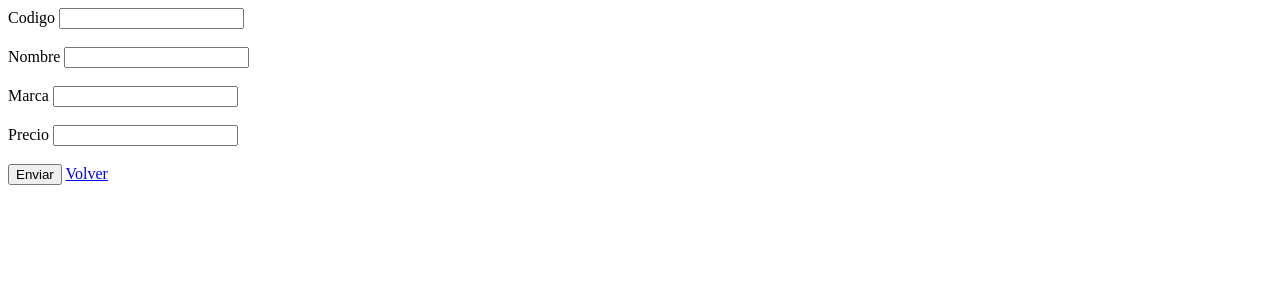
Repository: Alemartinez97/New-Repository
Page: programacion-3/tp3/formProducto.html
The author's editor kept a copy of each file at every save. The page is drawn from the files as they stood at one save, then again after the next save.
The browser window is 1280 px wide. The pictures show the whole page.

Above is the page before, as saved 2020-06-04 19:19:53.
Not found: programacion-3/tp3/main.js

### programacion-3/tp3/formProducto.html

<!DOCTYPE html>
<html>

<head>
    <meta charset="utf-8" />
    <meta http-equiv="X-UA-Compatible" content="IE=edge">
    <title>Page Title</title>
    <meta name="viewport" content="width=device-width, initial-scale=1">
    <link rel="stylesheet" type="text/css" media="screen" href="../tp3/css/tp3.css" />
    <script src="main.js"></script>
</head>

<body>
    <form >
		<label for="">Codigo</label>
        <input type="text" id="codigo"><br>
    </br>
        <label for="">Nombre</label>
        <input type="text" id="nombre"><br>
    </br>
		<label for="">Marca</label>
        <input type="text" id="marca"><br>
    </br>
		<label for="">Precio</label>
        <input type="text" id="precio"><br>
</br>
        </button>
	</form>

    <button onclick="enviarDatos()">Enviar</button>
    <a href="producto.html">Volver</a>

    <h3 id="resultado"></h3>

    <script src="./js/tp3.js"></script>
</body>

</html>

### programacion-3/tp3/css/tp3.css
#button li a {
    font-family: Arial;
    font-size: 11px;
    text-decoration: none;
    float: left;
    padding: 10px;
    background-color: #2175bc;
    color: #ffffff;
    }
    table {
        width: 100%;
      }

      th {
        height: 50px;
      }
      form {
        width: 100%;
      }

      th {
        height: 50px;
      }

### programacion-3/tp3/js/tp3.js
function enviarDatos() {


    let codigo = document.getElementById("codigo").value;
    let nombre = document.getElementById("nombre").value;
    let marca = document.getElementById("marca").value;
    let precio= document.getElementById("precio").value;

    let request = { codigo: codigo, nombre: nombre, marca: marca,precio: precio };

        document.getElementById("resultado").innerHTML = JSON.stringify(request);
        console.log("Detalle Producto: ",request)

        setTimeout(function() {
            document.getElementById("resultado").innerHTML = JSON.stringify(request) + "... Enviada exitosamente";
        }, 3000);
    }

After the next save:
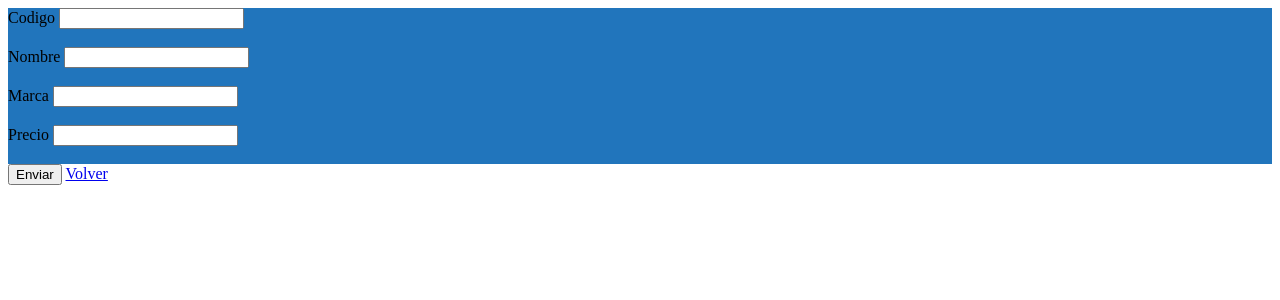
Saved 42 s later.
--- a/programacion-3/tp3/css/tp3.css
+++ b/programacion-3/tp3/css/tp3.css
@@ -16,6 +16,7 @@
       }
       form {
         width: 100%;
+        background-color: #2175bc;
       }
 
       th {
